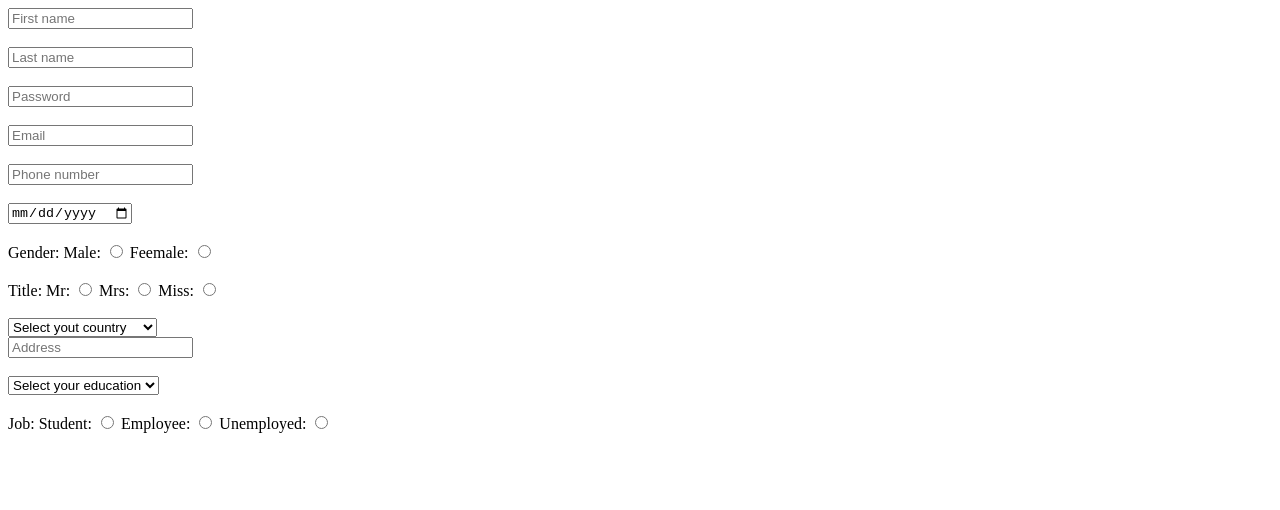
Repository: Haakim19/web-dev
Page: http://localhost/form2/index.php
These files come from the project's save history. The page is drawn as it stood at one moment and after the next save; the edit follows.
The browser window is 1280 px wide. The pictures show the whole page.
The page is run by PHP 8.4 with error messages shown; the project is at /var/www/html/.

Above is the page before, as saved 2024-06-06 18:33:14.

### form2/index.php
<!DOCTYPE html>
<html lang="en">

<head>
    <meta charset="UTF-8">
    <meta name="viewport" content="width=device-width, initial-scale=1.0">
    <title>User detail servay form</title>
</head>

<body>
    <form action="" method="POST">
        <div class="centerd_element">
            <div>
                <input type="text" id="fname" placeholder="First name">
            </div>
            <br>
            <div>
                <input type="text" id="lname" placeholder="Last name">
            </div>
            <br>
            <div>
                <input type="password" id="pwd" placeholder="Password">
            </div>
            <br>
            <div>
                <input type="email" id="email" placeholder="Email">
            </div>
            <br>
            <div>
                <input type="tel" id="pNum" placeholder="Phone number">
            </div>
            <br>
            <div>
                <input type="date" id="bDay" placeholder="Birthday">
            </div>
            <br>
            <div>
                <label for="gender">Gender:</label>
                <label> Male:</label>
                <input type="radio" id="male" name="gender" value="male">
                <label> Feemale:</label>
                <input type="radio" id="female" name="gender" value="male">
            </div>
            <br>
            <div>
                <label for="title">Title:</label>
                <label> Mr:</label>
                <input type="radio" id="Mr" name="title" value="Mr">
                <label> Mrs:</label>
                <input type="radio" id="Mrs" name="title" value="Mrs">
                <label> Miss:</label>
                <input type="radio" id="Miss" name="title" value="Miss">
            </div>
            <br>
            <div>
                <select name="country" id="dropdown" class="countrySelection">
                    <option value disabled selected>Select yout country</option>
                    <option value="sri lanka">Sri lanka</option>
                    <option value="india">India</option>
                    <option value="pakistan">Pakistan</option>
                    <option value="bangladesh">Bangladesh</option>
                    <option value="nepal">Nepal</option>
                    <option value="maldives">Maldives</option>
                    <option value="bhutan">Bhutan</option>
                    <option value="afghanistan">Afghanistan</option>
                    <option value="iran">Iran</option>
                    <option value="iraq">Iraq</option>
                    <option value="kuwait">Kuwait</option>
                    <option value="oman">Oman</option>
                    <option value="qatar">Qatar</option>
                    <option value="saudi arabia">Saudi Arabia</option>
                    <option value="syria">Syria</option>
                    <option value="turkey">Turkey</option>
                    <option value="united arab emirates">United Arab Emirates</option>
                    <option value="egipt">Egipt</option>
                    <option value="australiya">Australiya</option>
                    <option value="armenia">Armenia</option>
                    <option value="georgia">Georgia</option>
                    <option value="uk">Unaited kingdom</option>
                    <option value="usa">USA</option>
                </select>

                <div>
                    <input type="text" id="address" placeholder="Address">
                </div>
                <br>
                <div>
                    <select name="education" id="education" class="eduSelection">
                        <option value disabled selected>Select your education</option>
                        <option value="primary">Primary</option>
                        <option value="secondary">Secondary</option>
                        <option value="high school">High school</option>
                        <option value="diploma">Diploma</option>
                        <option value="degree">Degree</option>
                        <option value="master">Master</option>
                        <option value="phd">PhD</option>
                    </select>
                </div>
                <br>
                <div>
                    <label for="job">Job:</label>
                    <label> Student:</label>
                    <input type="radio" id="student" name="job" value="student">
                    <label> Employee:</label>
                    <input type="radio" id="employee" name="job" value="employee">
                    <label> Unemployed:</label>
                    <input type="radio" id="unemployed" name="job" value="unemployed">
                </div>
                <br>
            </div>

    </form>
</body>

</html>

After the next save:
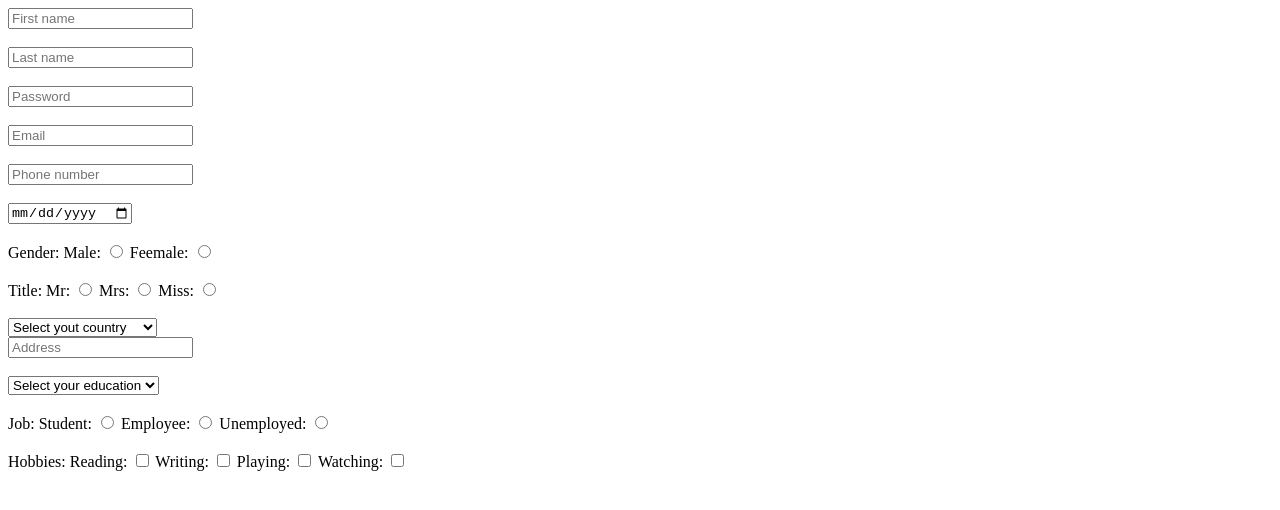
Saved 71 s later.
--- a/form2/index.php
+++ b/form2/index.php
@@ -107,6 +107,17 @@
                     <input type="radio" id="unemployed" name="job" value="unemployed">
                 </div>
                 <br>
+                <div>
+                    <label for="hobbies">Hobbies:</label>
+                    <label> Reading:</label>
+                    <input type="checkbox" id="reading" name="hobbies" value="reading">
+                    <label> Writing:</label>
+                    <input type="checkbox" id="writing" name="hobbies" value="writing">
+                    <label> Playing:</label>
+                    <input type="checkbox" id="playing" name="hobbies" value="playing">
+                    <label> Watching:</label>
+                    <input type="checkbox" id="watching" name="hobbies" value="watching">
+                </div>
             </div>
 
     </form>
